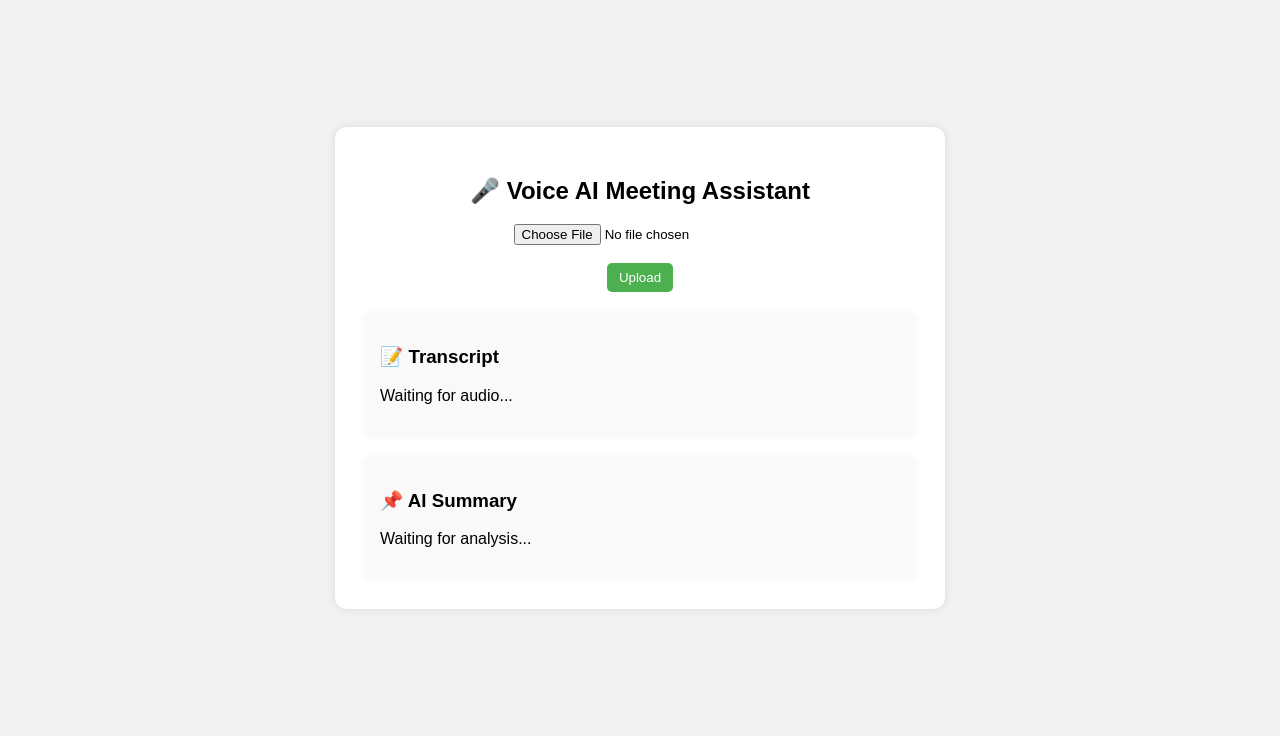
Repository: MujtabaHabib/Voice-AI-Meeting-Assistant
Page: index.html
The author's editor kept a copy of each file at every save. The page is drawn from the files as they stood at one save, then again after a run of saves.
The browser window is 1280 px wide. The pictures show the whole page.

Above is the page before, as saved 2026-02-01 22:28:54.

### index.html
<!DOCTYPE html>
<html lang="en">
<head>
    <meta charset="UTF-8">
    <meta name="viewport" content="width=device-width, initial-scale=1.0">
    <link rel="stylesheet" href="style.css">
    <title>Voice AI Agent</title>
</head>
<body>
    <div class="container">
    <h2>🎤 Voice AI Meeting Assistant</h2>

    <input type="file"  id="audioFile">
    <br><br>
    <button onclick="send()">Upload</button>

    <div class="box">
        <h3>📝 Transcript</h3>
        <p id="transcript">Waiting for audio...</p>
    </div>

    <div class="box">
        <h3>📌 AI Summary</h3>
        <p id="summary">Waiting for analysis...</p>
    </div>
</div>
<script>
    async function send() {
        const file = document.getElementById("audioFile").files[0]
        const form = new FormData()
        form.append("file",file)

        document.getElementById("transcript").innerText = "processing..."
        document.getElementById("summary").innerText = "AI is thinking.."

    const res = await fetch("http://127.0.0.1:8000/voice-agent",{
        method : "POST",
        body : form
    })

    const data = await res.json()

    document.getElementById("transcript").innerText = data.transcript
    document.getElementById("summary").innerText = data.summary
}
</script>
</body>
</html>

### style.css
body{
    font-family:Arial,sans-serif;
    height: 100vh;
    background-color: #f2f2f2;
    display: flex;
    align-items: center;
    justify-content: center;
}

.container{
    background-color: white;
    padding: 30px;
    width: 550px;
    border-radius: 12px;
    box-shadow: 0 0 10px rgba(0,0,0,0.1);
    text-align: center;
}

button{
    padding: 7px 12px;
    background: #4CAF50;
    color:white;
    border-radius: 5px;
    border: none;
    cursor: pointer;
}

button:hover{
    background: #45a049;
}

.box{
    border-radius: 10px;
    text-align: left;
    margin-top: 20px;
    padding: 15px;
    border-radius: 8px;
    background: #f9f9f9;
    box-shadow: 0 0 8px rgba(0,0,0,0.05);
}

After the next 6 saves:
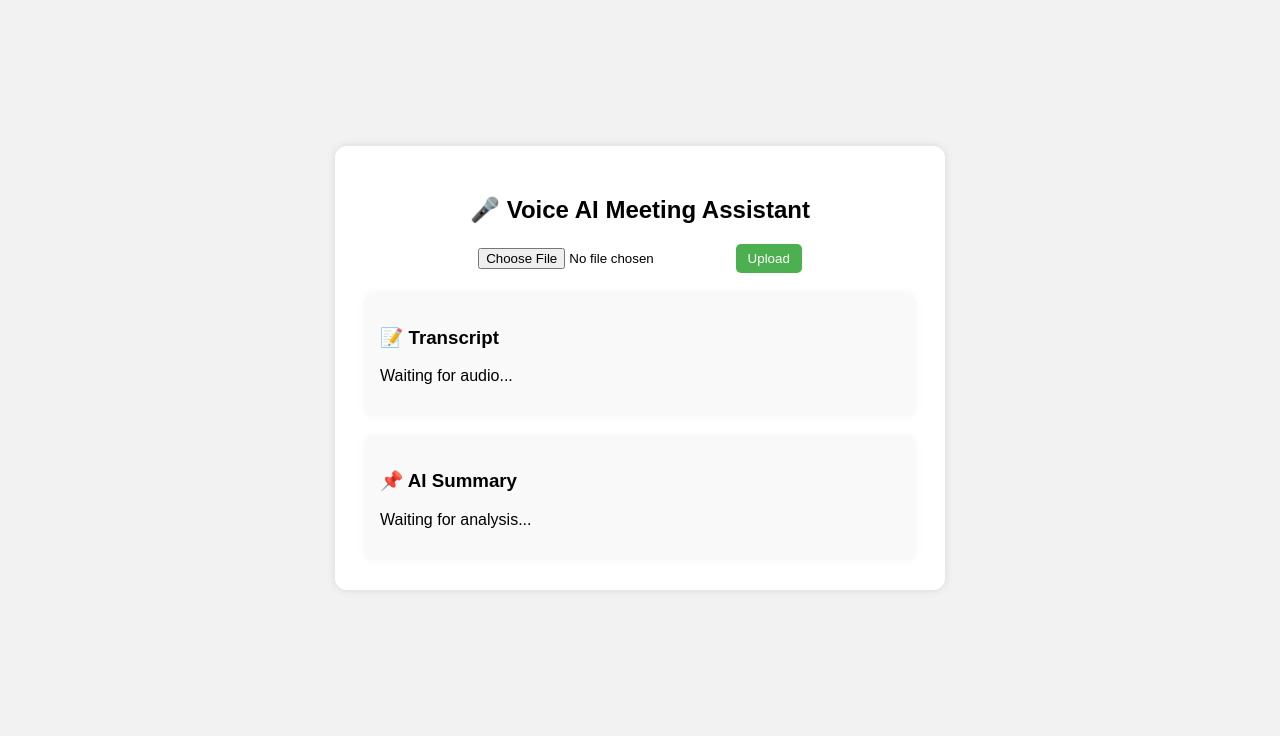
The 6 saves are shown as one change because they came seconds apart.
The last was saved 2 min 55 s later.
--- a/index.html
+++ b/index.html
@@ -10,9 +10,11 @@
     <div class="container">
     <h2>🎤 Voice AI Meeting Assistant</h2>
 
+    <div>
     <input type="file"  id="audioFile">
-    <br><br>
     <button onclick="send()">Upload</button>
+    </div>
+
 
     <div class="box">
         <h3>📝 Transcript</h3>
